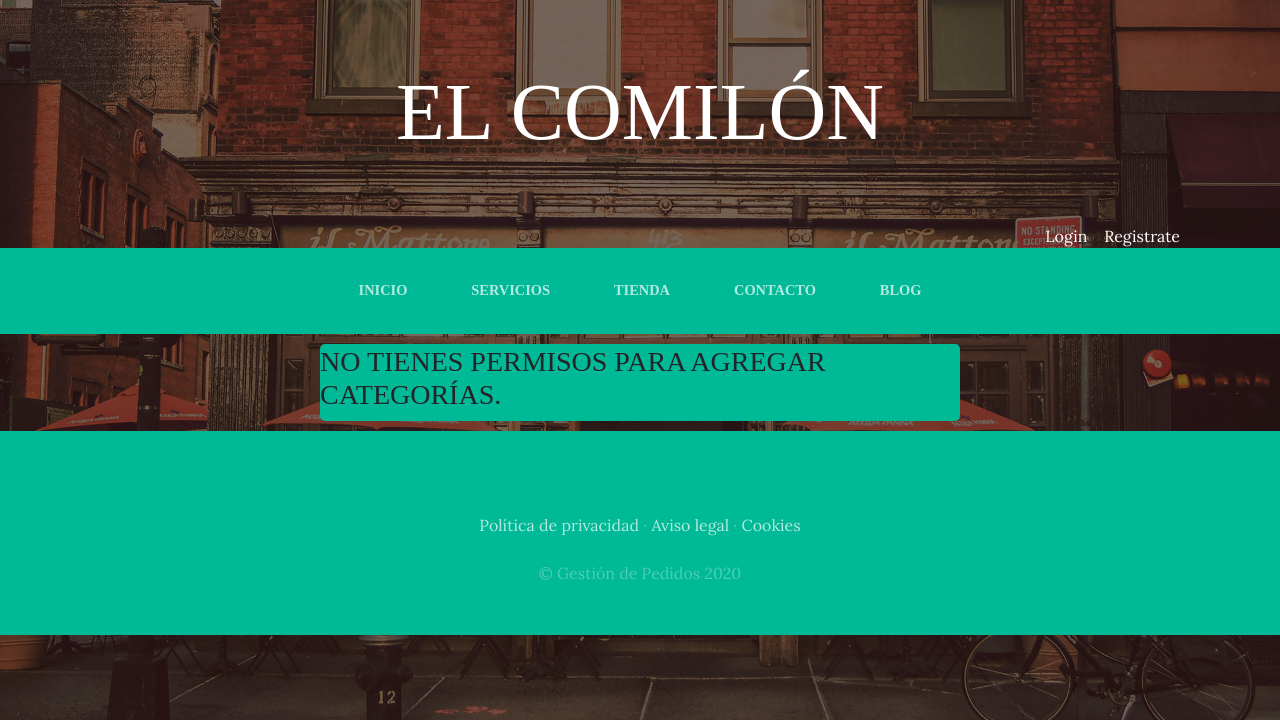
Repository: MatLarrea/Entrega_Elcomilon
Page: http://localhost/tienda/agregar_categoria/
These files come from the project's save history. The page is drawn as it stood at one moment and after the next save; the edit follows.
The browser window is 1280 px wide. The pictures show the whole page.
Some web fonts or font styles are not loaded; a fallback is used. The page is served by the project's application, run on Django 5.2 (manage.py). Other server files are loaded and not shown.

Above is the page before, as saved 2024-07-11 22:41:39.
Console error: TypeError: Cannot read properties of null (reading 'addEventListener')

### TiendaApp/templates/tienda/agregar_categoria.html
{% extends 'layouts/base.html'%}

{% load static %}


{% block content %}
{% if user.is_superuser %}
<div class="formularioContacto" style="text-align: center;">
    <h1 style="color: white;">Agregar Categoría</h1>
    <form method="post">
        {% csrf_token %}
        <table style="margin:20px auto; color: white;">
        {{ form.as_table }}
        </table>
        <button type="submit" style="display: block; margin: 0 auto;">Guardar Categoría</button>
    </form>
</div>
<div class="formularioContacto" style="text-align: center;">
    <h2 style="color: white; margin-top: 30px;">Listado de Categorías</h2>
    <ul style="list-style-type: none; padding: 0;">
        {% for categoria in categorias %}
        <li style="margin-bottom: 10px;">
            {{ categoria.nombre }}
            <form method="post" action="{% url 'borrar_categoria' categoria.id %}" style="display: inline;">
                {% csrf_token %}
                <button type="submit" style="margin-left: 10px;">Eliminar</button>
            </form>
        </li>
        {% empty %}
        <li style="color: white;">No hay categorías disponibles.</li>
        {% endfor %}
    </ul>
</div>
{% else %}
<div class="formularioContacto">
    <H3>NO TIENES PERMISOS PARA AGREGAR CATEGORÍAS.</H3>
</div>
{% endif %}

{% endblock%}

### Carrito/context_processor.py
from django.contrib import messages

def importe_total_carro(request):

    total = 0

    if request.user.is_authenticated:
        for key, value in request.session["carrito"].items():
            total = total + float(value["precio"])
    else:
        total = "Error"
    return {"importe_total_carro":total}

### Tienda_OnlineApp/templates/layouts/base.html
<html>

<head>


    {% load static %}
    <!-- Bootstrap -->
    <link href="{% static 'Tienda_OnlineApp/vendor/bootstrap/css/bootstrap.min.css' %}" rel="stylesheet">

    <!-- Fonts -->

    <link href="https://fonts.googleapis.com/css2?family=Raleway:wght@300&display=swap" rel="stylesheet">
    <link href="https://fonts.googleapis.com/css?family=Lora:400,400i,700,700i" rel="stylesheet">


    <!-- Styles -->
    <link href="{% static 'Tienda_OnlineApp/css/gestion.css' %}" rel="stylesheet">
</head>

<body>

    <h1 class="site-heading text-center text-white d-none d-lg-block">

        <span class="site-heading-lower">El comilón</span>
    </h1>

    <div style="text-align: right; margin-right: 100px; color: white;">

        {% if user.is_authenticated %}
           Bienvenido {{user.username}} &nbsp;&nbsp; <a href="{% url 'cerrar_sesion'%}" style="color: white;"> Cerrar sesión</a>
        {% else %}
            <a href="{% url 'logear' %}" style="color: white;">Login</a> &nbsp;&nbsp; <a href="{% url 'registro'%}" style="color: white;">Registrate</a>
        {% endif %}
    </div>
    <!-- Navbar -->
    <nav class="navbar navbar-expand-lg navbar-dark py-lg-4" id="mainNav">
        <div class="container">
            <a class="navbar-brand text-uppercase text-expanded font-weight-bold d-lg-none" href="home.html">Gestión de Pedidos
            </a>
            <button class="navbar-toggler" type="button" data-toggle="collapse" data-target="#navbarResponsive"
                aria-controls="navbarResponsive" aria-expanded="false" aria-label="Toggle navigation">
                <span class="navbar-toggler-icon"></span>
            </button>
            <div class="collapse navbar-collapse" id="navbarResponsive">
                <ul class="navbar-nav mx-auto">
                    <li class="nav-item {% if request.path == '/' %}active{% endif %} px-lg-4">
                        <a class="nav-link text-uppercase text-expanded" href="{% url 'home' %}">Inicio</a>
                    </li>
                    <li class="nav-item {% if request.path == '/servicios/' %}active{% endif %} px-lg-4">
                        <a class="nav-link text-uppercase text-expanded" href="{% url 'servicios' %}">Servicios</a>
                    </li>
                    <li class="nav-item {% if request.path == '/tienda/' %}active{% endif %} px-lg-4">
                        <a class="nav-link text-uppercase text-expanded" href="{% url 'tienda' %}">Tienda</a>
                    </li>
                    <li class="nav-item {% if request.path == '/contacto/' %}active{% endif %} px-lg-4">
                        <a class="nav-link text-uppercase text-expanded" href="{% url 'contacto' %}">Contacto</a>
                    </li>
                    <li class="nav-item {% if request.path|slice:':6' == '/blog/' %}active{% endif %} px-lg-4">
                        <a class="nav-link text-uppercase text-expanded" href="{% url 'blog' %}">Blog</a>
                    </li>
                    {% if user.is_superuser %}
                        <li class="nav-item {% if request.path == '/agregar_categoria/' %}active{% endif %} px-lg-4">
                            <a class="nav-link text-uppercase text-expanded" href="{% url 'agregar_categoria' %}">Administracion Categorias</a>
                        </li>
                        <li class="nav-item {% if request.path == '/agregar_producto/' %}active{% endif %} px-lg-4">
                            <a class="nav-link text-uppercase text-expanded" href="{% url 'agregar_producto' %}">Administracion Productos</a>
                        </li>
                    {% endif %}
                </ul>
            </div>
        </div>
    </nav>

    <!-- Contenido de las paginas-->
    {% block content%}

    {% endblock %}

    <!-- Footer -->
    <footer class="footer text-faded text-center py-5">
        <div class="container">
            <p class="m-0">
                <a href="#" class="link">
                    <span class="fa-stack fa-lg">
                        <i class="fa fa-circle fa-stack-2x"></i>
                        <i class="fa fa-twitter fa-stack-1x fa-inverse"></i>
                    </span>
                </a>
                <a href="#" class="link">
                    <span class="fa-stack fa-lg">
                        <i class="fa fa-circle fa-stack-2x"></i>
                        <i class="fa fa-facebook fa-stack-1x fa-inverse"></i>
                    </span>
                </a>
                <a href="#" class="link">
                    <span class="fa-stack fa-lg">
                        <i class="fa fa-circle fa-stack-2x"></i>
                        <i class="fa fa-instagram fa-stack-1x fa-inverse"></i>
                    </span>
                </a>
            </p>
            <p class="m-0 mbt">
                <a href="sample.html" class="link">Política de privacidad</a> ·
                <a href="sample.html" class="link">Aviso legal</a> ·
                <a href="sample.html" class="link">Cookies</a>
            </p>
            <p class="m-0 mbt1">&copy; Gestión de Pedidos 2020</p>
        </div>
    </footer>

    <!-- Bootstrap -->
    <script src="{% static 'Tienda_OnlineApp/vendor/jquery/jquery.min.js' %}"></script>
    <script src="{% static 'Tienda_OnlineApp/vendor/bootstrap/js/bootstrap.bundle.min.js' %}"></script>
    <script src="{% static 'Tienda_OnlineApp/js/gestion.js' %}"></script>
</body>

</html>

### TiendaApp/forms.py
from django import forms
from .models import Categoria_producto, Producto

class CategoriaProductoForm(forms.ModelForm):
    class Meta:
        model = Categoria_producto
        fields = ['nombre']

class ProductoForm(forms.ModelForm):
    class Meta:
        model = Producto
        fields = ['nombre', 'precio', 'categorias', 'imagen', 'disponibilidad']

### TiendaApp/models.py
from django.db import models

# Create your models here.
class Categoria_producto(models.Model):
    nombre = models.CharField(max_length=100, unique=True)
    created = models.DateTimeField(auto_now_add=True)
    updated = models.DateTimeField(auto_now_add=True)

    class Meta:
        verbose_name = "categoria_producto"
        verbose_name_plural = "categorias_producto"

    def __str__(self):
        return self.nombre

class Producto(models.Model):
    nombre = models.CharField(max_length=50)
    precio = models.FloatField()
    categorias =  models.ForeignKey(Categoria_producto, on_delete=models.CASCADE)
    imagen = models.ImageField(upload_to="tienda", null=True, blank=True)
    disponibilidad = models.BooleanField(default=True)
    created = models.DateTimeField(auto_now_add=True)
    updated = models.DateTimeField(auto_now_add=True)

    class Meta:
        verbose_name = "producto"
        verbose_name_plural = "productos"

    def __str__(self):
        return self.nombre

### TiendaApp/views.py
from django.shortcuts import render, redirect, get_object_or_404
from .models import Producto, Categoria_producto
from .forms import CategoriaProductoForm, ProductoForm
from django.contrib import messages
from django.db import IntegrityError

# Create your views here.
def tienda(request):
    productos = Producto.objects.all()
    return render(request, "tienda/tienda.html", {"productos":productos})

def agregar_categoria(request):
    if request.method == 'POST':
        form = CategoriaProductoForm(request.POST)
        if form.is_valid():
            nombre_categoria = form.cleaned_data['nombre']
            try:
                form.save()
                messages.success(request, f'Categoría "{nombre_categoria}" agregada correctamente.')
                return redirect('agregar_categoria')  # Redirige a la misma página de agregar categoría
            except IntegrityError:
                messages.error(request, f'La categoría "{nombre_categoria}" ya existe.')
    else:
        form = CategoriaProductoForm()

    categorias = Categoria_producto.objects.all()  # Obtener todas las categorías desde la base de datos

    return render(request, 'tienda/agregar_categoria.html', {'form': form, 'categorias': categorias})

def borrar_categoria(request, categoria_id):
    categoria = get_object_or_404(Categoria_producto, pk=categoria_id)
    if request.method == 'POST':
        categoria.delete()
        messages.success(request, f'Categoría "{categoria.nombre}" eliminada correctamente.')
        return redirect('agregar_categoria')  # Redirige de nuevo a la misma página de agregar categoría
    return redirect('agregar_categoria')  # En caso de que no sea POST, redirige a la misma página de agregar categoría

def agregar_producto(request):
    if request.method == 'POST':
        form = ProductoForm(request.POST, request.FILES)
        if form.is_valid():
            form.save()
            return redirect('agregar_producto')
    else:
        form = ProductoForm()

    productos = Producto.objects.all()
    context = {
        'form': form,
        'productos': productos,
    }
    return render(request, 'tienda/agregar_producto.html', context)

def borrar_producto(request, producto_id):
    producto = get_object_or_404(Producto, id=producto_id)
    if request.method == 'POST':
        producto.delete()
        return redirect('agregar_producto')

    return render(request, 'tienda/agregar_producto.html', {'producto': producto})

### Tienda_Online/urls.py
"""
URL configuration for Tienda_Online project.

The `urlpatterns` list routes URLs to views. For more information please see:
    https://docs.djangoproject.com/en/5.0/topics/http/urls/
Examples:
Function views
    1. Add an import:  from my_app import views
    2. Add a URL to urlpatterns:  path('', views.home, name='home')
Class-based views
    1. Add an import:  from other_app.views import Home
    2. Add a URL to urlpatterns:  path('', Home.as_view(), name='home')
Including another URLconf
    1. Import the include() function: from django.urls import include, path
    2. Add a URL to urlpatterns:  path('blog/', include('blog.urls'))
"""
from django.contrib import admin
from django.urls import path, include
from django.conf import settings
from django.conf.urls.static import static

urlpatterns = [
    path('admin/', admin.site.urls),
    path('', include("Tienda_OnlineApp.urls")),
    path('servicios/', include("ServiciosApp.urls")),
    path('blog/', include("BlogApp.urls")),
    path('contacto/', include("ContactoApp.urls")),
    path('tienda/', include("TiendaApp.urls")),
    path('carrito/', include("Carrito.urls")),
    path('auth/', include("AutentificacionApp.urls")),
]

urlpatterns += static(settings.MEDIA_URL, document_root = settings.MEDIA_ROOT)

### ServiciosApp/urls.py
from django.urls import path
from . import views

urlpatterns = [
    path('', views.servicios, name="servicios"),
]

### BlogApp/urls.py
from django.urls import path
from . import views

urlpatterns = [
    path('', views.blog, name="blog"),
    path('categoria/<categoria_id>/', views.categoria, name="categoria"),
]

### ContactoApp/urls.py
from django.urls import path
from . import views

urlpatterns = [
    path('', views.contacto, name="contacto"),
]

### TiendaApp/urls.py
from django.urls import path
from . import views
from .views import agregar_categoria


urlpatterns = [
    path('', views.tienda, name="tienda"),
    path('agregar_categoria/', views.agregar_categoria, name='agregar_categoria'),
    path('borrar_categoria/<int:categoria_id>/', views.borrar_categoria, name='borrar_categoria'),
    path('agregar_producto/', views.agregar_producto, name='agregar_producto'),
    path('borrar_producto/<int:producto_id>/', views.borrar_producto, name='borrar_producto'),
]

### Carrito/urls.py
from django.urls import path
from . import views

app_name = "ctienda"

urlpatterns = [

    path("agregar/<int:producto_id>/", views.agregar_producto, name="agregar"),
    path("eliminar/<int:producto_id>/", views.eliminar_producto, name="eliminar"),
    path("restar/<int:producto_id>/", views.restar_producto, name="restar"),
    path("limpiar/", views.limpiar_carrito, name="limpiar"),
]

### AutentificacionApp/urls.py
from django.urls import path
from .views import VRegistro, cerrar_sesion, logear



urlpatterns = [
    path('', VRegistro.as_view() , name="registro"),
    path('cerrar_sesion', cerrar_sesion, name="cerrar_sesion"),
    path('login', logear, name="logear"),
]

### Tienda_OnlineApp/static/Tienda_OnlineApp/css/gestion.css
body {
  font-family: 'Lora';
  background: linear-gradient(rgba(47, 23, 15, 0.65), rgba(47, 23, 15, 0.65)), url("../img/bg_mainn.jpg");
  background-attachment: fixed;
  background-position: center;
  background-size: cover;
}

h1,
h2,
h3,
h4,
h5,
h6 {
  font-family: 'Raleway';
}

p {
  line-height: 1.75;
}

.text-faded {
  color: rgba(255, 255, 255, 0.3);
}

.site-heading {
  margin-top: 5rem;
  margin-bottom: 5rem;
  text-transform: uppercase;
  line-height: 1;
  font-family: 'Raleway';
}

.site-heading .site-heading-upper {
  display: block;
  font-size: 2rem;
  font-weight: 800;
}

.site-heading .site-heading-lower {
  font-size: 5rem;
  font-weight: 100;
  line-height: 4rem;
}

.page-section {
  margin-top: 5rem;
  margin-bottom: 5rem;
}

.section-heading {
  text-transform: uppercase;
}

.section-heading .section-heading-upper {
  display: block;
  font-size: 1rem;
  font-weight: 800;
  padding-bottom: .5rem;

}

.section-heading .section-heading-lower {
  display: block;
  font-size: 3rem;
  font-weight: 100;
}


.section-heading .section-heading-under {
  display: block;
  font-size: 1rem;
  text-transform: none;
  font-weight: 300;
  margin-top: .5rem;
}

.bg-faded {
  background-color: rgba(255, 255, 255, 0.85);
}

#mainNav {
  background-color: rgb(0, 185, 151);
  font-family: 'Raleway';
}

#mainNav .navbar-brand {
  color: #ffffff;
}

#mainNav .navbar-nav .nav-item .nav-link {
  color: rgba(255, 255, 255, 0.7);
  font-weight: 800;
}

#mainNav .navbar-nav .nav-item.active .nav-link {
  color: #ffffff;
  text-decoration: underline;
}

@media (min-width: 992px) {
  #mainNav .navbar-nav .nav-item .nav-link {
    font-size: 0.9rem;
  }

  #mainNav .navbar-nav .nav-item .nav-link:hover {
    color: rgba(255, 255, 255, 0.4);
    text-decoration: underline;
  }

  #mainNav .navbar-nav .nav-item.active .nav-link:hover {
    color: #ffffff;
    text-decoration: underline;
  }
}

.btn-xl {
  font-weight: 700;
  font-size: 0.8rem;
  padding-top: 1.5rem;
  padding-bottom: 1.5rem;
  padding-left: 2rem;
  padding-right: 2rem;
}

.intro {
  position: relative;
}

@media (min-width: 992px) {
  .intro .intro-img {
    width: 75%;
    float: left;
  }

  .intro .intro-text {
    left: 600;
    width: 60%;
    margin-top: 3rem;
    background-color: rgb(0, 185, 151);
    color: cornsilk;
    position: absolute;
  }

  .intro .intro-text .intro-button {
    width: 100%;
    left: 0;
    position: absolute;
    bottom: -2rem;
  }
}

@media (min-width: 1200px) {
  .intro .intro-text {
    width: 45%;
  }
}

.cta {
  padding-top: 5rem;
  padding-bottom: 5rem;
  background-color: rgb(242, 245, 240);
}

.cta .cta-inner {
  position: relative;
  padding: 3rem;
  margin: 0.5rem;
  background-color: rgb(0, 185, 151);
  color: cornsilk;
}

.cta .cta-inner:before {
  border-radius: 0.5rem;
  content: '';
  position: absolute;
  top: -0.5rem;
  bottom: -0.5rem;
  left: -0.5rem;
  right: -0.5rem;
  border: 0.25rem solid rgba(255, 255, 255, 0.85);
}

.cta .cta-innerv {
  position: relative;
  padding: 3rem;
  margin: 0.5rem;
  background-color: rgba(255, 255, 255, 0.85);
}

@media (min-width: 992px) {
  .about-heading .about-heading-img {
    position: relative;
    z-index: 0;
  }

  .about-heading .about-heading-content {
    margin-top: -5rem;
    position: relative;
    z-index: 1;
  }
}

@media (min-width: 992px) {
  .product-item .product-item-title {
    position: relative;
    z-index: 1;
    margin-bottom: -3rem;
  }

  .product-item .product-item-img {
    position: relative;
    z-index: 0;
    max-width: 60vw;
  }

  .product-item .product-item-description {
    position: relative;
    z-index: 1;
    margin-top: -3rem;
    max-width: 50vw;
  }
}



@media (min-width: 992px) {
  .list-hours {
    width: 50%;
    font-size: 1.1rem;
  }
}

.address strong {
  font-size: 1.2rem;
}

.footer {
  background-color: rgb(0, 185, 151);
}



.btn {
  box-shadow: 0px 3px 3px 0px rgba(33, 37, 41, 0.1);
}



.font-weight-light {
  font-weight: 100 !important;
}

.mbtm {
  padding-top: 5rem;
}

.mbt {
  padding-top: 2rem;
}

.mbt1 {
  padding-top: 1.25rem;
}

a.link {
  color: rgba(255, 255, 255, 0.7);
}

a.link:hover {
  text-decoration: none;
  color: rgba(255, 255, 255, 0.4);
}

.section-content {
  font-family: 'Lora' !important;
  font-size: 16px !important;
  font-weight: 400 !important;
  line-height: 28px !important;
}

ul.errorlist {
  padding-top: .75rem;
  font-style: italic;
  color: red;
}

.linksCategorias{
  color: white !important;
  text-decoration: underline;
}

.linksCategorias:hover{
  text-decoration: none;
}

.formularioContacto{
  background-color:  rgb(0, 185, 151);
  margin: auto;
  width: 50%;
  margin: 10px auto;
  border-radius: 5px;
  padding: 1px 0px;
}

/*Mapa api*/

#encuentranos p{
  text-align: center;
}

#map{
  border-radius: 5rem;
  border-style: ridge;
  border-width: 1rem;
  border-color:  rgb(0, 185, 151);
  height: 30rem;
  width: 80%;
  margin: auto;
}

.texto-mapa{
  color: black;
  font-size: 2rem;
}

.mapa{
  background-color: #fff;
  padding-bottom: 5rem;
}

.clima button{

  text-decoration: none;
  color: #fff;
  border-color: black;
  max-width: 20rem;
  height: 2rem;
}

#resultado{
  background-color:   rgb(0, 185, 151);
  color: black;
  max-width: 15rem;
}

#inicio{
  margin: 1% 1%;
}

### Tienda_OnlineApp/static/Tienda_OnlineApp/js/gestion.js
//Creacion de ubicacion localizacion local google map api
let map;
async function initMap() {
  let coord  = {lat:-33.012516 ,lng:-71.549197 };
  const { Map } = await google.maps.importLibrary("maps");
  map = new Map(document.getElementById("map"), {
    center: coord,
    zoom: 16,
  });
  var marker = new google.maps.Marker({
    position: coord,
    map: map
});
}
initMap();


//Obtencion datos API openweathermap
let key = 'b2158dabed90c6c3a9797b6e96405750';
let ciudad = document.getElementById('city');
let boton = document.getElementById('btn');
let resultado = document.getElementById('resultado');
let get_weather = () => {
  let city_name = ciudad.value;
    let url = `https://api.openweathermap.org/data/2.5/weather?q=${city_name}&appid=${key}&units=metric`
    fetch(url).then((resp) => resp.json()).then(data => {
      console.log("la temperatura es " +(data.main.temp)+'°');
      console.log(data.weather[0].description);
      console.log(data);
      resultado.innerHTML = `<h2>${data.name} | ${data.main.temp+'°'}</h2>`
    });
}
boton.addEventListener('click',get_weather);

Loaded but not shown: Tienda_OnlineApp/urls.py (common file)

After the next save:
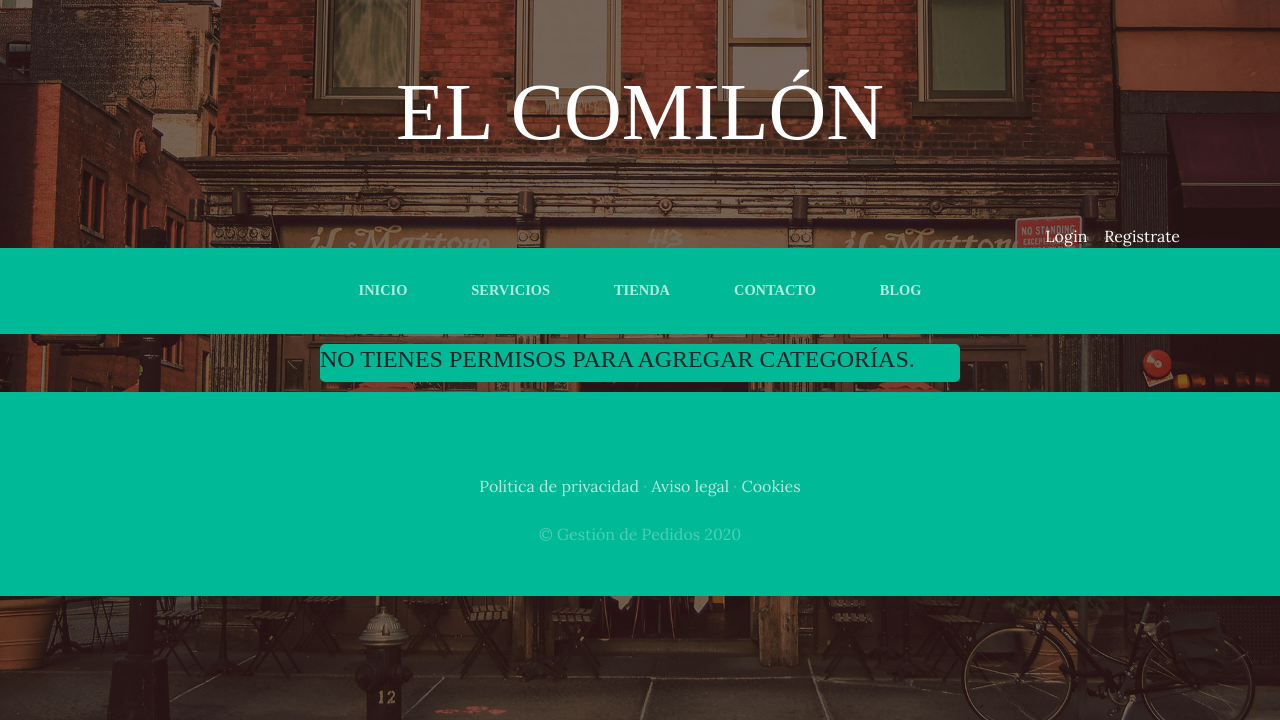
Saved 12 s later.
--- a/TiendaApp/templates/tienda/agregar_categoria.html
+++ b/TiendaApp/templates/tienda/agregar_categoria.html
@@ -33,7 +33,7 @@
 </div>
 {% else %}
 <div class="formularioContacto">
-    <H3>NO TIENES PERMISOS PARA AGREGAR CATEGORÍAS.</H3>
+    <H4>NO TIENES PERMISOS PARA AGREGAR CATEGORÍAS.</H4>
 </div>
 {% endif %}
 
